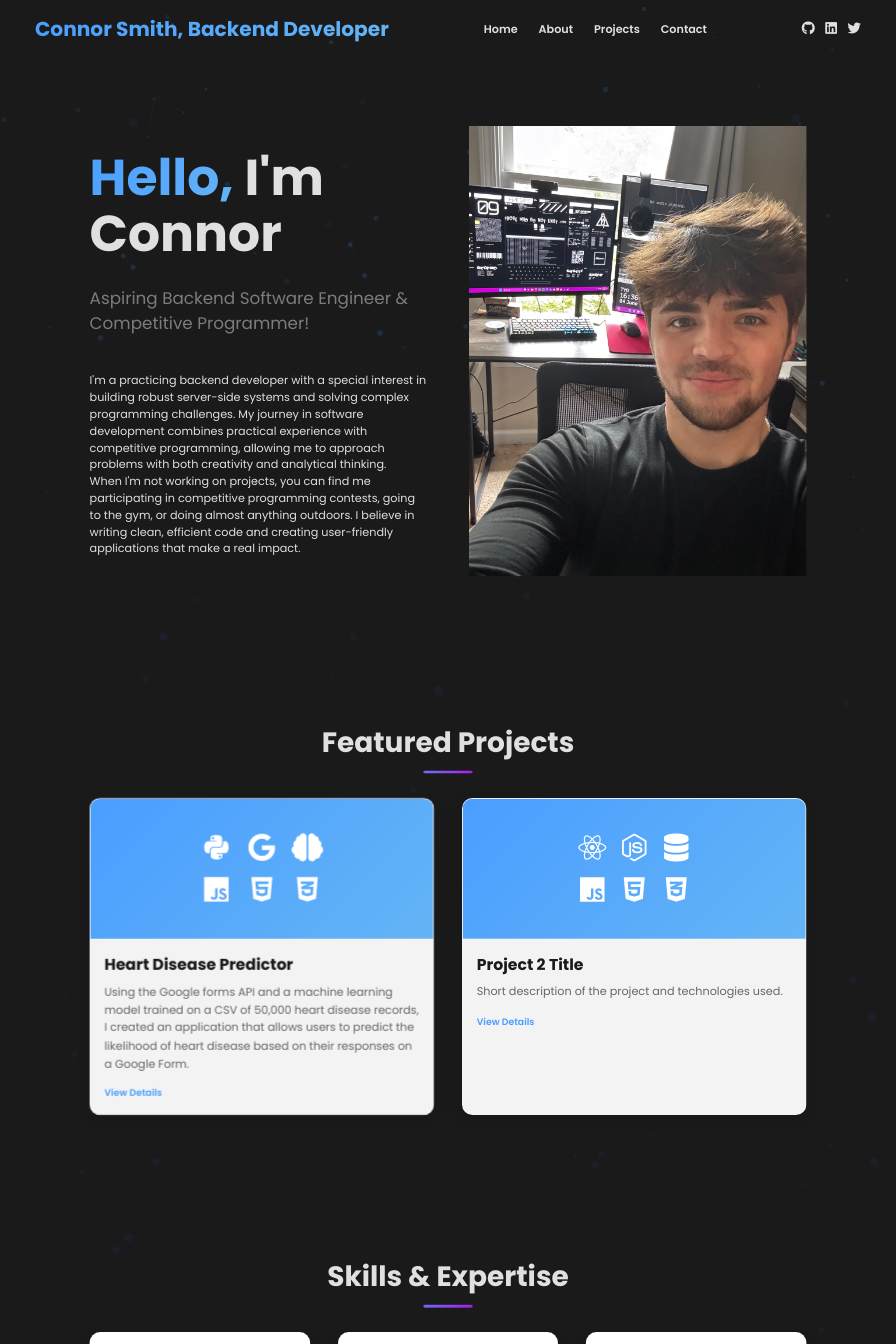
Repository: connorGS9/portfolio-website
Page: /
These files come from the project's save history. The page is drawn as it stood at one moment and after the next save; the edit follows.
The browser window is 1280 px wide. The pictures show the part of the page from y = 0 to 1920 px (the page is 3460 px tall), at 70% of full size.
The project was rebuilt for these pictures with package versions that can differ from the ones it lists, and the page was loaded fresh each time.

Above is the page before, as saved 2025-06-04 15:39:58.

### public/index.html
<!DOCTYPE html>
<html lang="en">
<head>
  <meta charset="UTF-8" />
  <meta name="viewport" content="width=device-width, initial-scale=1.0" />
  <meta name="description" content="Connor's personal portfolio website showcasing projects and development skills" />
  <title>Connor Smith | Portfolio</title>

  <!-- Font Awesome -->
  <link rel="stylesheet" href="https://cdnjs.cloudflare.com/ajax/libs/font-awesome/5.15.4/css/all.min.css" />

  <!-- Google Fonts -->
  <link rel="preconnect" href="https://fonts.googleapis.com">
  <link rel="preconnect" href="https://fonts.gstatic.com" crossorigin>
  <link href="https://fonts.googleapis.com/css2?family=Poppins:wght@300;400;500;600;700&display=swap" rel="stylesheet">
</head>
<body>
  <noscript>You need to enable JavaScript to run this app.</noscript>
  <div id="root"></div>
</body>
</html>

### src/app.jsx
import React, { useState, useEffect } from 'react';
import { BrowserRouter as Router, Routes, Route } from 'react-router-dom';
import Navbar from './components/Navbar';
import Home from './pages/Home';
import About from './pages/About';
import Projects from './pages/Projects';
import Contact from './pages/Contact';
import Footer from './components/Footer';
import AnimatedCursor from './components/AnimatedCursor';
import BackgroundAnimation from './components/BackgroundAnimation';
import './styles/App.css';

function App() {
  const [isLoading, setIsLoading] = useState(true);

  useEffect(() => {
    // Simulate loading time
    setTimeout(() => {
      setIsLoading(false);
    }, 1500);
  }, []);

  return (
    <Router>
      <div className="app">
        {isLoading ? (
          <div className="loader">
            <div className="loader-content">
              <div className="loader-circle"></div>
              <h2>Loading...</h2>
            </div>
          </div>
        ) : (
          <>
            <AnimatedCursor />
            <BackgroundAnimation />
            <Navbar />
            <main>
              <Routes>
                <Route path="/" element={<Home />} />
                <Route path="/about" element={<About />} />
                <Route path="/projects" element={<Projects />} />
                <Route path="/contact" element={<Contact />} />
              </Routes>
            </main>
            <Footer />
          </>
        )}
      </div>
    </Router>
  );
}

export default App;

### src/pages/Home.jsx
import React, { useEffect, useRef } from 'react';
import '../styles/Home.css';
import profileImage from '../pic_of_me.jpg';

const Home = () => {
  const titleRef = useRef(null);
  const subtitleRef = useRef(null);
  const ctaRef = useRef(null);
  const particlesRef = useRef(null);
  const projectsParticlesRef = useRef(null);
  const contactParticlesRef = useRef(null);

  const createParticles = (container) => {
    if (!container) return;

    //Clear existing particles
    container.innerHTML = '';

    for (let i = 0; i < 50; i++) {
      const particle = document.createElement('div');
      particle.className = 'particle';

      //Random position, size and animation delay
      const size = Math.random() * 10 + 5;
      const posX = Math.random() * 100;
      const posY = Math.random() * 100;
      const delay = Math.random() * 5;
      const duration = Math.random() * 10 + 10;

      particle.style.width = `${size}px`;
      particle.style.height = `${size}px`;
      particle.style.left = `${posX}%`;
      particle.style.top = `${posY}%`;
      particle.style.animationDelay = `${delay}s`;
      particle.style.animationDuration = `${duration}s`;

      container.appendChild(particle);
    }
  };

  useEffect(() => {
    //Add animation classes after component mounts
    setTimeout(() => {
      if (titleRef.current) titleRef.current.classList.add('animate-in');
      setTimeout(() => {
        if (subtitleRef.current) subtitleRef.current.classList.add('animate-in');
        setTimeout(() => {
          if (ctaRef.current) ctaRef.current.classList.add('animate-in');
        }, 400);
      }, 400);
    }, 100);

    //Initialize particles for all sections
    const initializeParticles = () => {
      createParticles(particlesRef.current);
      createParticles(projectsParticlesRef.current);
      createParticles(contactParticlesRef.current);
    };

    initializeParticles();
    window.addEventListener('resize', initializeParticles);

    return () => {
      window.removeEventListener('resize', initializeParticles);
    };
  }, []);

  return (
    <section className="home">
      {/* Hero/About Section */}
      <div className="particles-container" ref={particlesRef}></div>
      <div id="about" className="hero">
        <div className="hero-content">
          <div className="hero-text">
            <h1 ref={titleRef} className="title">
              <span className="highlight">Hello,</span> I'm Connor
            </h1>
            <p ref={subtitleRef} className="subtitle">
              Aspiring Backend Software Engineer & Competitive Programmer!
            </p>
            <div ref={ctaRef} className="about-text">
              <p>
                I'm a practicing backend developer with a special interest in building robust server-side systems
                and solving complex programming challenges. My journey in software development combines
                practical experience with competitive programming, allowing me to approach problems
                with both creativity and analytical thinking.
              </p>
              <p>
                When I'm not working on projects, you can find me participating in competitive programming contests,
                going to the gym, or doing almost anything outdoors. I believe in writing clean,
                efficient code and creating user-friendly applications that make a real impact.
              </p>
            </div>
          </div>
          <div className="hero-image">
            <div className="image-container">
              <img src={profileImage} alt="Connor" className="profile-image" />
              <div className="image-overlay"></div>
            </div>
          </div>
        </div>
      </div>

      <div className="scroll-indicator">
        <span>Scroll Down</span>
        <div className="scroll-arrow"></div>
      </div>

      {/* Projects Section */}
      <div id="projects" className="featured-section">
        <div className="particles-container" ref={projectsParticlesRef}></div>
        <h2 className="section-title">Featured Projects</h2>
        <div className="featured-grid">
          <div className="featured-item">
            <div className="featured-tech">
              <div className="tech-icons">
                <i className="fab fa-python" title="Python"></i>
                <i className="fab fa-google" title="Google Forms API"></i>
                <i className="fas fa-brain" title="Machine Learning"></i>
                <i className="fab fa-js" title="JavaScript"></i>
                <i className="fab fa-html5" title="HTML5"></i>
                <i className="fab fa-css3-alt" title="CSS3"></i>
              </div>
            </div>
            <h3>Heart Disease Predictor</h3>
            <p>Using the Google forms API and a machine learning model trained on a CSV of 50,000 heart disease records, I created an application that allows users to predict the likelihood of heart disease based on their responses on a Google Form.</p>
            <button
              onClick={() => document.getElementById('contact').scrollIntoView({ behavior: 'smooth' })}
              className="featured-link"
            >
              View Details
            </button>
          </div>

          <div className="featured-item">
            <div className="featured-tech">
              <div className="tech-icons">
                <i className="fab fa-react" title="React"></i>
                <i className="fab fa-node-js" title="Node.js"></i>
                <i className="fas fa-database" title="MongoDB"></i>
                <i className="fab fa-js" title="JavaScript"></i>
                <i className="fab fa-html5" title="HTML5"></i>
                <i className="fab fa-css3-alt" title="CSS3"></i>
              </div>
            </div>
            <h3>Project 2 Title</h3>
            <p>Short description of the project and technologies used.</p>
            <button
              onClick={() => document.getElementById('contact').scrollIntoView({ behavior: 'smooth' })}
              className="featured-link"
            >
              View Details
            </button>
          </div>
        </div>
      </div>

      {/* Skills Section */}
      <div className="skills-section">
        <h2 className="section-title">Skills & Expertise</h2>
        <div className="skills-grid">
          <div className="skill-category">
            <h3>Frontend</h3>
            <ul>
              <li>React</li>
              <li>JavaScript</li>
              <li>HTML/CSS</li>
              <li>Responsive Design</li>
            </ul>
          </div>

          <div className="skill-category">
            <h3>Backend</h3>
            <ul>
              <li>Node.js</li>
              <li>Express</li>
              <li>MongoDB</li>
              <li>RESTful APIs</li>
            </ul>
          </div>

          <div className="skill-category">
            <h3>Tools</h3>
            <ul>
              <li>Git</li>
              <li>Docker</li>
              <li>VS Code</li>
              <li>Figma</li>
            </ul>
          </div>
        </div>
      </div>

      {/* Contact Section */}
      <div id="contact" className="contact-section">
        <div className="particles-container" ref={contactParticlesRef}></div>
        <h2 className="section-title">Get In Touch</h2>
        <div className="contact-content">
          <div className="contact-info">
            <h3>Let's Connect</h3>
            <p>Feel free to reach out to me for any opportunities or just to say hello!</p>
            <div className="contact-links">
              <a href="mailto:connorgsmith2020@gmail.com" className="contact-link">
                <i className="fas fa-envelope"></i> your.email@example.com
              </a>
              <a href="https://github.com/connorgs9" target="_blank" rel="noopener noreferrer" className="contact-link">
                <i className="fab fa-github"></i> GitHub
              </a>
              <a href="https://www.linkedin.com/in/connor-smith-6857b22b5/" target="_blank" rel="noopener noreferrer" className="contact-link">
                <i className="fab fa-linkedin"></i> LinkedIn
              </a>
              <a href="https://x.com/CS2355324" target="_blank" rel="noopener noreferrer" className="contact-link">
                <i className="fab fa-twitter"></i> Twitter
              </a>
            </div>
          </div>
        </div>
      </div>
    </section>
  );
};

export default Home;

### src/components/AnimatedCursor.jsx
import React, { useEffect, useState, useRef } from 'react';
import '../styles/AnimatedCursor.css';

const AnimatedCursor = () => {
  const cursorRef = useRef(null);
  const cursorDotRef = useRef(null);
  const [isVisible, setIsVisible] = useState(false);
  const [isClicked, setIsClicked] = useState(false);
  const [isLinkHovered, setIsLinkHovered] = useState(false);

  useEffect(() => {
    const cursor = cursorRef.current;
    const cursorDot = cursorDotRef.current;

    if (!cursor || !cursorDot) return;

    const onMouseMove = (e) => {
      const clientX = e.clientX;
      const clientY = e.clientY;

      // Position the outer cursor with a slight delay for the trailing effect
      const setPos = () => {
        cursor.style.transform = `translate3d(${clientX}px, ${clientY}px, 0)`;
      };

      // Position the inner dot immediately
      cursorDot.style.transform = `translate3d(${clientX}px, ${clientY}px, 0)`;

      requestAnimationFrame(setPos);

      if (!isVisible) {
        setIsVisible(true);
        cursor.style.opacity = 1;
        cursorDot.style.opacity = 1;
      }
    };

    const onMouseDown = () => {
      setIsClicked(true);
    };

    const onMouseUp = () => {
      setIsClicked(false);
    };

    const onMouseLeave = () => {
      setIsVisible(false);
      cursor.style.opacity = 0;
      cursorDot.style.opacity = 0;
    };

    // Check for interactive elements
    const handleLinkHover = () => {
      setIsLinkHovered(true);
    };

    const handleLinkLeave = () => {
      setIsLinkHovered(false);
    };

    // Add event listeners to links, buttons, and other interactive elements
    const interactiveElements = document.querySelectorAll('a, button, input, textarea, select, [role="button"]');

    interactiveElements.forEach(el => {
      el.addEventListener('mouseenter', handleLinkHover);
      el.addEventListener('mouseleave', handleLinkLeave);
    });

    // Add general mouse event listeners
    document.addEventListener('mousemove', onMouseMove);
    document.addEventListener('mousedown', onMouseDown);
    document.addEventListener('mouseup', onMouseUp);
    document.addEventListener('mouseleave', onMouseLeave);

    // Cleanup
    return () => {
      document.removeEventListener('mousemove', onMouseMove);
      document.removeEventListener('mousedown', onMouseDown);
      document.removeEventListener('mouseup', onMouseUp);
      document.removeEventListener('mouseleave', onMouseLeave);

      interactiveElements.forEach(el => {
        el.removeEventListener('mouseenter', handleLinkHover);
        el.removeEventListener('mouseleave', handleLinkLeave);
      });
    };
  }, [isVisible, isClicked, isLinkHovered]);

  return (
    <>
      <div
        ref={cursorRef}
        className={`cursor ${isClicked ? 'cursor--clicked' : ''} ${isLinkHovered ? 'cursor--link-hovered' : ''}`}
      />
      <div
        ref={cursorDotRef}
        className={`cursor-dot ${isClicked ? 'cursor-dot--clicked' : ''} ${isLinkHovered ? 'cursor-dot--link-hovered' : ''}`}
      />
    </>
  );
};

export default AnimatedCursor;

### src/components/BackgroundAnimation.jsx
import React, { useEffect, useRef } from 'react';
import '../styles/BackgroundAnimation.css';

const BackgroundAnimation = () => {
  const canvasRef = useRef(null);

  useEffect(() => {
    const canvas = canvasRef.current;
    const ctx = canvas.getContext('2d');
    let animationFrameId;
    let particles = [];

    // Particle class
    class Particle {
      constructor() {
        this.x = Math.random() * canvas.width;
        this.y = Math.random() * canvas.height;
        this.size = Math.random() * 3 + 1;
        this.speedX = Math.random() * 0.5 - 0.25;
        this.speedY = Math.random() * 0.5 - 0.25;
        this.color = `rgba(74, 158, 255, ${Math.random() * 0.2 + 0.1})`;
      }

      update() {
        this.x += this.speedX;
        this.y += this.speedY;

        if (this.x < 0 || this.x > canvas.width) this.speedX *= -1;
        if (this.y < 0 || this.y > canvas.height) this.speedY *= -1;
      }

      draw() {
        ctx.fillStyle = this.color;
        ctx.beginPath();
        ctx.arc(this.x, this.y, this.size, 0, Math.PI * 2);
        ctx.fill();
      }
    }

    // Set canvas dimensions
    const resizeCanvas = () => {
      canvas.width = window.innerWidth;
      canvas.height = window.innerHeight;
      initParticles();
    };

    window.addEventListener('resize', resizeCanvas);
    resizeCanvas();

    // Initialize particles
    function initParticles() {
      particles = [];
      const particleCount = Math.floor((canvas.width * canvas.height) / 15000);

      for (let i = 0; i < particleCount; i++) {
        particles.push(new Particle());
      }
    }

    // Connect particles with lines
    function connectParticles() {
      const maxDistance = 150;

      for (let i = 0; i < particles.length; i++) {
        for (let j = i; j < particles.length; j++) {
          const dx = particles[i].x - particles[j].x;
          const dy = particles[i].y - particles[j].y;
          const distance = Math.sqrt(dx * dx + dy * dy);

          if (distance < maxDistance) {
            const opacity = 1 - (distance / maxDistance);
            ctx.strokeStyle = `rgba(74, 158, 255, ${opacity * 0.2})`;
            ctx.lineWidth = 1;
            ctx.beginPath();
            ctx.moveTo(particles[i].x, particles[i].y);
            ctx.lineTo(particles[j].x, particles[j].y);
            ctx.stroke();
          }
        }
      }
    }

    // Animation loop
    function animate() {
      ctx.clearRect(0, 0, canvas.width, canvas.height);

      for (let i = 0; i < particles.length; i++) {
        particles[i].update();
        particles[i].draw();
      }

      connectParticles();
      animationFrameId = requestAnimationFrame(animate);
    }

    animate();

    // Cleanup
    return () => {
      window.removeEventListener('resize', resizeCanvas);
      cancelAnimationFrame(animationFrameId);
    };
  }, []);

  return (
    <div className="background-animation">
      <canvas ref={canvasRef}></canvas>
    </div>
  );
};

export default BackgroundAnimation;

### src/styles/App.css
@import url('https://fonts.googleapis.com/css2?family=Poppins:wght@300;400;500;600;700&display=swap');
@import url('https://cdnjs.cloudflare.com/ajax/libs/font-awesome/5.15.4/css/all.min.css');

:root {
  --primary-color: #4a9eff;
  --secondary-color: #64b5f6;
  --dark-color: #1a1a1a;
  --light-color: #2d2d2d;
  --text-color: #e0e0e0;
  --light-text-color: #b0b0b0;
  --border-color: #404040;
  --box-shadow: 0 5px 20px rgba(0, 0, 0, 0.3);
  --transition: all 0.3s ease;
}

* {
  margin: 0;
  padding: 0;
  box-sizing: border-box;
}

html {
  scroll-behavior: smooth;
}

body {
  font-family: 'Poppins', sans-serif;
  color: var(--text-color);
  line-height: 1.5;
  background-color: var(--dark-color);
  overflow-x: hidden;
}

a {
  text-decoration: none;
  color: inherit;
}

img {
  max-width: 100%;
  height: auto;
}

button {
  cursor: pointer;
  font-family: inherit;
}

/* Common classes */
.section {
  padding: 100px 10%;
}

.container {
  max-width: 1400px;
  margin: 0 auto;
  padding: 0 50px;
}

.gradient-text {
  background: linear-gradient(120deg, var(--primary-color), var(--secondary-color));
  background-clip: text;
  -webkit-background-clip: text;
  -webkit-text-fill-color: transparent;
  color: transparent;
}

.gradient-bg {
  background: linear-gradient(45deg, var(--primary-color), var(--secondary-color));
}

.btn {
  display: inline-block;
  padding: 12px 30px;
  border-radius: 30px;
  font-weight: 600;
  text-decoration: none;
  transition: var(--transition);
  position: relative;
  overflow: hidden;
  z-index: 1;
}

.btn-primary {
  background: linear-gradient(45deg, var(--primary-color), var(--secondary-color));
  color: white;
  box-shadow: 0 5px 15px rgba(110, 114, 252, 0.4);
}

.btn-secondary {
  background: transparent;
  color: var(--dark-color);
  border: 2px solid var(--primary-color);
}

.btn:hover {
  transform: translateY(-3px);
  box-shadow: 0 8px 20px rgba(0, 0, 0, 0.2);
}

.btn-primary:hover {
  background: linear-gradient(45deg, #5a5cfa, #9b19d9);
}

.btn-secondary:hover {
  background: rgba(110, 114, 252, 0.1);
}

/* Loading Animation */
.loader {
  position: fixed;
  top: 0;
  left: 0;
  width: 100%;
  height: 100%;
  background-color: var(--dark-color);
  display: flex;
  justify-content: center;
  align-items: center;
  z-index: 1000;
}

.loader-content {
  display: flex;
  flex-direction: column;
  align-items: center;
}

.loader-circle {
  width: 60px;
  height: 60px;
  border: 4px solid var(--light-color);
  border-top: 4px solid var(--primary-color);
  border-radius: 50%;
  animation: spin 1s linear infinite;
  margin-bottom: 20px;
}

@keyframes spin {
  0% { transform: rotate(0deg); }
  100% { transform: rotate(360deg); }
}

.loader h2 {
  color: var(--primary-color);
  font-size: 1.5rem;
  font-weight: 500;
}

/* Main Content Styles */
main {
  min-height: 100vh;
  padding-top: 80px; /* For fixed navbar */
}

/* Responsive Styles */
@media (max-width: 992px) {
  .container {
    padding: 0 30px;
  }

  .section {
    padding: 80px 5%;
  }
}

@media (max-width: 768px) {
  .container {
    padding: 0 20px;
  }

  .section {
    padding: 60px 5%;
  }

  .btn {
    padding: 10px 25px;
  }
}

@media (max-width: 480px) {
  .section {
    padding: 50px 5%;
  }

  h1, h2, h3 {
    font-size: 90%;
  }

  .btn {
    padding: 8px 20px;
    font-size: 0.9rem;
  }
}

### src/styles/AnimatedCursor.css
body {
    cursor: none;
  }

  /* But keep default cursor on touch devices */
  @media (pointer: coarse) {
    body {
      cursor: auto;
    }

    .cursor, .cursor-dot {
      display: none;
    }
  }

  /* Custom cursor styles */
  .cursor {
    position: fixed;
    width: 40px;
    height: 40px;
    pointer-events: none;
    z-index: 999;
    opacity: 0;
    mix-blend-mode: difference;
  }

  .cursor::before,
  .cursor::after {
    content: '';
    position: absolute;
    background-color: #4a9eff;
    opacity: 0.8;
  }

  .cursor::before {
    width: 2px;
    height: 20px;
    left: 50%;
    top: 50%;
    transform: translate(-50%, -50%);
  }

  .cursor::after {
    width: 20px;
    height: 2px;
    left: 50%;
    top: 50%;
    transform: translate(-50%, -50%);
  }


  /* Cursor states */
  .cursor--clicked::before,
  .cursor--clicked::after {
    opacity: 0.5;
    transform: translate(-50%, -50%) scale(0.8);
  }

  .cursor--link-hovered::before,
  .cursor--link-hovered::after {
    opacity: 1;
    transform: translate(-50%, -50%) scale(1.2);
  }

### src/styles/BackgroundAnimation.css
.background-animation {
    position: fixed;
    top: 0;
    left: 0;
    width: 100%;
    height: 100%;
    z-index: -1;
    opacity: 0.6;
  }

  .background-animation canvas {
    display: block;
  }

Loaded but not shown: src/index.js (10 lines, source omitted); src/styles/Home.css (532 lines, source omitted); src/styles/Footer.css (254 lines, source omitted); src/components/Footer.jsx (106 lines, source omitted); src/styles/Navbar.css (201 lines, source omitted); src/components/Navbar.jsx (121 lines, source omitted); src/pages/About.jsx (empty); src/pages/Projects.jsx (empty); src/pages/Contact.jsx (empty)

After the next save:
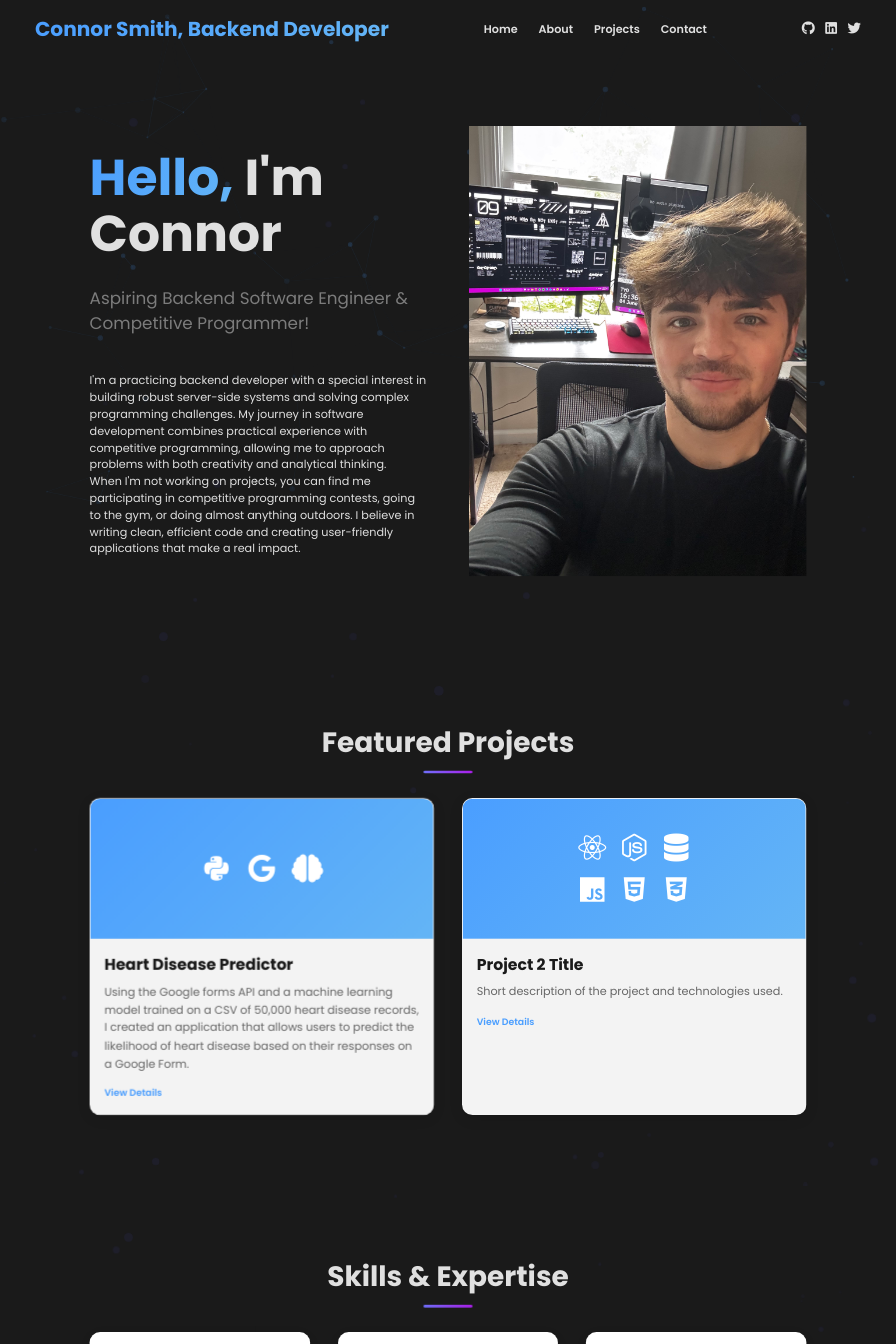
Saved 2 min 39 s later.
--- a/src/pages/Home.jsx
+++ b/src/pages/Home.jsx
@@ -117,9 +117,6 @@ const Home = () => {
                 <i className="fab fa-python" title="Python"></i>
                 <i className="fab fa-google" title="Google Forms API"></i>
                 <i className="fas fa-brain" title="Machine Learning"></i>
-                <i className="fab fa-js" title="JavaScript"></i>
-                <i className="fab fa-html5" title="HTML5"></i>
-                <i className="fab fa-css3-alt" title="CSS3"></i>
               </div>
             </div>
             <h3>Heart Disease Predictor</h3>
